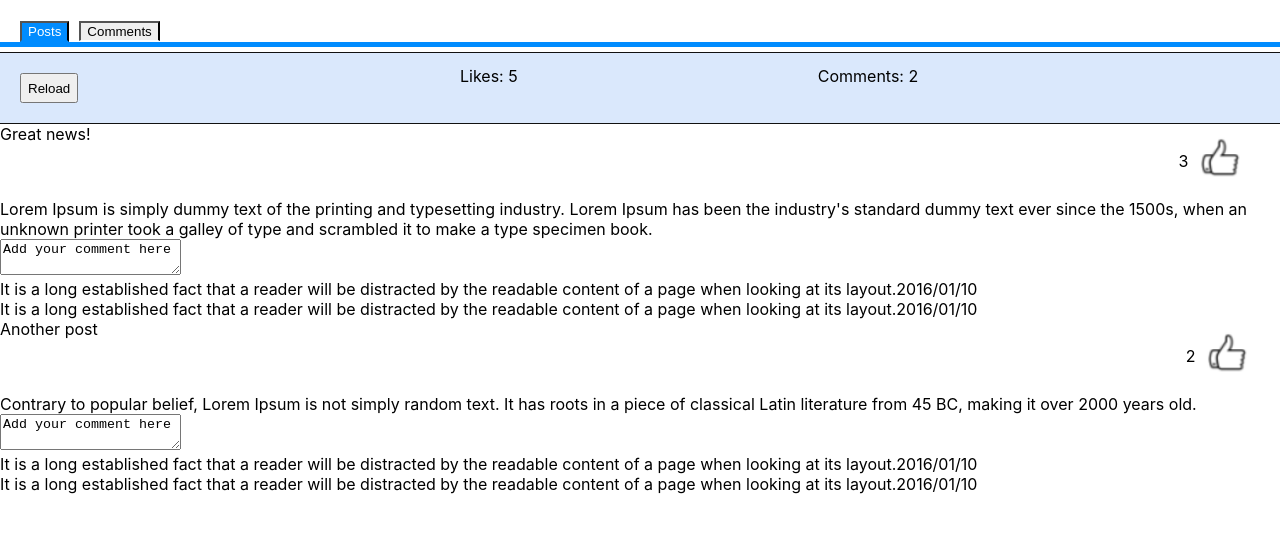
Repository: milosKomiRajkovic94/cleverbit-project
Page: /
These files come from the project's save history. The page is drawn as it stood at one moment and after the next save; the edit follows.
The browser window is 1280 px wide. The pictures show the whole page.
The project was rebuilt for these pictures with package versions that can differ from the ones it lists, and the page was loaded fresh each time. Also part of the build but not shown: src/utils/Loader.js.

Above is the page before, as saved 2020-10-13 20:42:04.

### src/index.js
import React from 'react';

import ReactDOM from 'react-dom';

import App from './App';

import * as serviceWorker from './serviceWorker';

import configureStore from "./store";

import { Provider } from "react-redux";

import { HashRouter as Router } from "react-router-dom";

import "./scss/index.scss";

const store = configureStore();

ReactDOM.render(
  <React.StrictMode>
    <Provider store={store} >
      <Router>
        <App />
      </Router>
    </Provider>
  </React.StrictMode>,
  document.getElementById('root')
);

// If you want your app to work offline and load faster, you can change
// unregister() to register() below. Note this comes with some pitfalls.
// Learn more about service workers: https://bit.ly/CRA-PWA
serviceWorker.unregister();

### src/App.js
import React, {useEffect, useState, lazy, Suspense} from 'react';

import { connect } from "react-redux";

import { bindActionCreators } from "redux";

import { loadCurrentPosts } from "./actions/postActions";

import {
  useHistory,
  Route,
  Switch,
  withRouter,
} from "react-router-dom";

import Header from "./components/HeaderComponents/Header";

import PostsContainer from "./components/PostsComponents/PostsContainer";

import { POSTS, COMMENTS, HOME } from "./constants/urls";

import Loader from "./utils/Loader";

const App = ({ currentPosts, currentPostsAreLoading, currentPostsFailedLoading, loadCurrentPostsAction }) => {

  const [initialLoadingDone, setInitialLoadingDone] = useState(false);
  const history = useHistory();

  useEffect(() => {
    if(!initialLoadingDone){
      loadCurrentPostsAction(true);
      setInitialLoadingDone(true);
    }
  }, [initialLoadingDone, loadCurrentPostsAction])

  function changeLocation(locationToGo) {
    history.push(locationToGo);
  }

  function waitingComponent(Component) {
    return (props) => (
      <Suspense
        fallback={<Loader classNameOfWrapper="centered" text={"Loading"} />}
      >
        <Component {...props} />
      </Suspense>
    );
  }

  return (
    <div className="App">
       <Header
        changeLocation={changeLocation}
       />
       <Switch>
        <Route exact path={HOME} component={PostsContainer} />
        <Route
          exact
          path={POSTS}
          component={waitingComponent(
            lazy(() =>
              import("./components/PostsComponents/PostsContainer")
            )
          )}
        />
        <Route
          exact
          path={COMMENTS}
          component={waitingComponent(
            lazy(() =>
              import("./components/CommentsComponents/CommentsContainer")
            )
          )}
        />
      </Switch>
    </div>
  );
}

const mapStateToProps = (state) => {
  return {
    currentPosts: state.postReducer.currentPosts,
    currentPostsAreLoading: state.postReducer.currentPostsAreLoading,
    currentPostsFailedLoading: state.postReducer.currentPostsFailedLoading,
  }
}

const mapDispatchToProps = (dispatch) => {
  return{
    loadCurrentPostsAction: bindActionCreators(loadCurrentPosts, dispatch)
  }
}

export default withRouter(connect(mapStateToProps, mapDispatchToProps) (App));

### src/store.js
import { createStore, applyMiddleware } from "redux";

import thunk from "redux-thunk";

import rootReducer from "./reducers";

export default function configureStore(){
    return createStore(
        rootReducer,
        applyMiddleware(thunk)
    )
}

### src/scss/index.scss
@import 'app';

@import 'header';

@import 'posts';

### src/actions/postActions.js
import { CURRENT_POSTS_LOADED_SUCCESSFULLY, CURRENT_POSTS_ARE_LOADING, CURRENT_POSTS_FAILED_LOADING, CURRENT_POSTS_LOADED_SUCCESSFULLY_AFTER_INITIAL_LOAD } from "./actionTypes";

import  fakeData from "../constants/fakeData";

export function currentPostsAreLoadingAction(currentPostsAreLoading){
    return{
        type: CURRENT_POSTS_ARE_LOADING,
        currentPostsAreLoading
    }
}

export function currentPostsFailedLoadingAction(currentPostsFailedLoading){
    return{
        type: CURRENT_POSTS_FAILED_LOADING,
        currentPostsFailedLoading
    }
}

export function currentPostsLoadedSuccessfullyAction(currentPosts){
    return{
        type: CURRENT_POSTS_LOADED_SUCCESSFULLY,
        currentPosts
    }
}

/* This is just an action for remaining the current state in order not to have restarted data, but instead updated current data after click on RELOAD BUTTON.
    Delete this action after implementation of API endpoint and use just currentPostsLoadedSuccessfullyAction in order to send current data from the endpoint.
*/
export function currentPostsLoadedSuccessfullyAfterInitialLoad(){
    return{
        type: CURRENT_POSTS_LOADED_SUCCESSFULLY_AFTER_INITIAL_LOAD,
    }
}


export function loadCurrentPosts(initialLoad){
    return(dispatch) => {
        dispatch(currentPostsAreLoadingAction(true));
        /* I will pass direct fake JSON data here and you can implement your actual API end point request here.
        setTimeout will be used as imitation that it takes some time for the request to reach endpoint. */
        setTimeout(function(){
            if(initialLoad){
                dispatch(currentPostsLoadedSuccessfullyAction(fakeData));
            }else {
                dispatch(currentPostsLoadedSuccessfullyAfterInitialLoad());
            }
        }, 1500)

    }
}

### src/components/HeaderComponents/Header.js
import React from "react";

import {
    POSTS,
    COMMENTS,
    HOME
} from "../../constants/urls";

import {
    withRouter,
    useLocation,
  } from "react-router-dom";

const Header = ({ changeLocation }) => {
    const location = useLocation();

    return(
        <div className="header">
            <button className={location.pathname === POSTS || location.pathname === HOME ? "selectedHeaderButton" : "ordinaryButton"} onClick={() => changeLocation(POSTS)}>
                Posts
            </button>
            <button className={location.pathname === COMMENTS ? "rightButton selectedHeaderButton" : "rightButton ordinaryButton"} onClick={() => changeLocation(COMMENTS)}>
                Comments
            </button>
        </div>
    )
}

export default withRouter(Header);

### src/components/PostsComponents/PostsContainer.js
import React from "react";

import { connect } from "react-redux";

import Post from "./Post";

const PostsContainer = ({
    currentNumberOfLikes,
    currentNumberOfComments,
    currentPosts
}) => {
    return(
        <div>
            <div className="postsHeader">
                <button className="reloadButton">
                    Reload
                </button>
                <div className="likesAndCommentsNumber">
                    <span className="likesNumber">
                        Likes: {currentNumberOfLikes}
                    </span>
                    <span className="commentsNumber">
                        Comments: {currentNumberOfComments}
                    </span>
                </div>
            </div>
            <div className="postsContainer">
                {currentPosts.map((singlePost) => {
                    return(
                        <Post
                            title={singlePost.title}
                            comments={singlePost.comments}
                            description={singlePost.description}
                            numberOfLikes={singlePost.numberOfLikes}
                        />
                    )
                })}
            </div>
        </div>
    )
}

const mapStateToProps = (state) => {
    return{
        currentNumberOfLikes: state.postReducer.currentNumberOfLikes,
        currentNumberOfComments: state.postReducer.currentNumberOfComments,
        currentPosts: state.postReducer.currentPosts,
    }
}

export default connect(mapStateToProps) (PostsContainer);

### src/constants/urls.js
export const POSTS = "/posts";
export const COMMENTS = "/comments";
export const HOME = "/";

### src/reducers/index.js
import { combineReducers } from "redux";

import { postReducer } from "./postsReducer";

export default combineReducers({
    postReducer
});

### src/scss/app.scss
body {
  margin: 0;
  font-family: -apple-system, BlinkMacSystemFont, 'Segoe UI', 'Roboto', 'Oxygen',
    'Ubuntu', 'Cantarell', 'Fira Sans', 'Droid Sans', 'Helvetica Neue',
    sans-serif;
  -webkit-font-smoothing: antialiased;
  -moz-osx-font-smoothing: grayscale;
}

code {
  font-family: source-code-pro, Menlo, Monaco, Consolas, 'Courier New',
    monospace;
}

.centered {
  position: fixed;
  top: 50%;
  left: 50%;
}

### src/scss/header.scss
.header {
  padding: 20px;
  border-bottom: 5px solid #008cff;
  padding-bottom: 0px;
}

.selectedHeaderButton,
.selectedHeaderButton:focus,
.selectedHeaderButton:active {
  background: #008cff;
  color: #fff;
  border-bottom: 2px solid #008cff;
  outline: none;
}

.ordinaryButton {
  border-bottom: 1px solid #fff;
}

.rightButton {
  margin-left: 10px;
}

### src/scss/posts.scss
.postsHeader {
  display: inline-flex;
  width: 100%;
  height: 70px;
  margin-top: 5px;
  border-top: 1px solid #111;
  border-bottom: 1px solid #111;
  background-color: #dae8fc;
}

.likesAndCommentsNumber span {
  padding: 150px;
}

.likesAndCommentsNumber {
  width: 100%;
  text-align: center;
  padding-top: 1%;
}

.reloadButton {
  margin: 20px;
}

.postHeader {
  display: inline-flex;
  width: 100%;
  height: 75px;
}

.postLikes {
  display: inline-flex;
  padding-left: 85%;
}

.concreteNumberOfLikes {
  padding-top: 35%;
}

### src/actions/actionTypes.js
export const CURRENT_POSTS_LOADED_SUCCESSFULLY = "CURRENT_POSTS_LOADED_SUCCESSFULLY";
export const CURRENT_POSTS_LOADED_SUCCESSFULLY_AFTER_INITIAL_LOAD = "CURRENT_POSTS_LOADED_SUCCESSFULLY_AFTER_INITIAL_LOAD";
export const CURRENT_POSTS_ARE_LOADING = "CURRENT_POSTS_ARE_LOADING";
export const CURRENT_POSTS_FAILED_LOADING = "CURRENT_POSTS_FAILED_LOADING";

### src/constants/fakeData.js
export default [
    {
        id: 1,
        title: "Great news!",
        description: "Lorem Ipsum is simply dummy text of the printing and typesetting industry. Lorem Ipsum has been the industry's standard dummy text ever since the 1500s, when an unknown printer took a galley of type and scrambled it to make a type specimen book.",
        comments: [
            {
                id: 1,
                text: "It is a long established fact that a reader will be distracted by the readable content of a page when looking at its layout.",
                date: "2016/01/10"
            },
            {
                id: 2,
                text: "It is a long established fact that a reader will be distracted by the readable content of a page when looking at its layout.",
                date: "2016/01/10"
            }
        ],
        numberOfLikes: 3
    },
    {
        id: 2,
        title: "Another post",
        description: "Contrary to popular belief, Lorem Ipsum is not simply random text. It has roots in a piece of classical Latin literature from 45 BC, making it over 2000 years old.",
        comments: [
            {
                id: 3,
                text: "It is a long established fact that a reader will be distracted by the readable content of a page when looking at its layout.",
                date: "2016/01/10"
            },
            {
                id: 2,
                text: "It is a long established fact that a reader will be distracted by the readable content of a page when looking at its layout.",
                date: "2016/01/10"
            }
        ],
        numberOfLikes: 2
    }
]

### src/components/PostsComponents/Post.js
import React from "react";

const Post = ({ title, description, comments, numberOfLikes }) => {
    return(
        <div className="singlePost">
            <div className="postHeader">
                <div className="postTitle">
                    {title}
                </div>
                <div className="postLikes">
                    <span className="concreteNumberOfLikes">
                        {numberOfLikes}
                    </span>
                    <img className="likeImage" src={require("./images/likeButtonImage.png")} alt="likeImage" />
                </div>
            </div>
            <div className="postDescription">
                {description}
            </div>
            <div className="postCommentSection">
                <textarea name="newComment">
                  Add your comment here
                </textarea>
            </div>
            {comments.map((comment) => {
                return(
                    <div className="singleComment">
                        <span className="singleCommentText">
                            {comment.text}
                        </span>
                        <span className="singleCommentDate">
                            {comment.date}
                        </span>
                    </div>
                )
            })}
        </div>
    )
}

export default Post;

### src/reducers/postsReducer.js
import { CURRENT_POSTS_LOADED_SUCCESSFULLY, CURRENT_POSTS_ARE_LOADING, CURRENT_POSTS_FAILED_LOADING, CURRENT_POSTS_LOADED_SUCCESSFULLY_AFTER_INITIAL_LOAD } from "../actions/actionTypes";

import initialState from "../initialState";


export function postReducer(
    state = initialState.postsReducerState,
    action
) {
    switch(action.type){
        case CURRENT_POSTS_LOADED_SUCCESSFULLY: {
            return{
                ...state,
                currentPosts: action.currentPosts,
                currentPostsAreLoading: false,
                currentPostsFailedLoading: false,
            };
        }

        //When using the real API endpoint just remove this case
        case CURRENT_POSTS_LOADED_SUCCESSFULLY_AFTER_INITIAL_LOAD: {
            return{
                ...state,
                currentPosts: state.currentPosts,
                currentPostsAreLoading: false,
                currentPostsFailedLoading: false,
            };
        }

        case CURRENT_POSTS_ARE_LOADING: {
            return{
                ...state,
                //When using the real API endpoint just replace this with empty array []
                currentPosts: state.currentPosts,
                currentPostsAreLoading: action.currentPostsAreLoading,
                currentPostsFailedLoading: false,
            };
        }

        case CURRENT_POSTS_FAILED_LOADING: {
            return {
                ...state,
                //When using the real API endpoint just replace this with empty array []
                currentPosts: state.currentPosts,
                currentPostsAreLoading: false,
                currentPostsFailedLoading: action.currentPostsFailedLoading,
            }
        }

        default: {
            return state;
        }
    }
}

### src/initialState.js
export default {
    postsReducerState: {
        currentPosts: [],
        currentNumberOfLikes: 5,
        currentNumberOfComments: 2,
        currentPostsAreLoading: false,
        currentPostsFailedLoading: false,
    }
}

Loaded but not shown: public/index.html (common file); src/serviceWorker.js (common file)

After the next save:
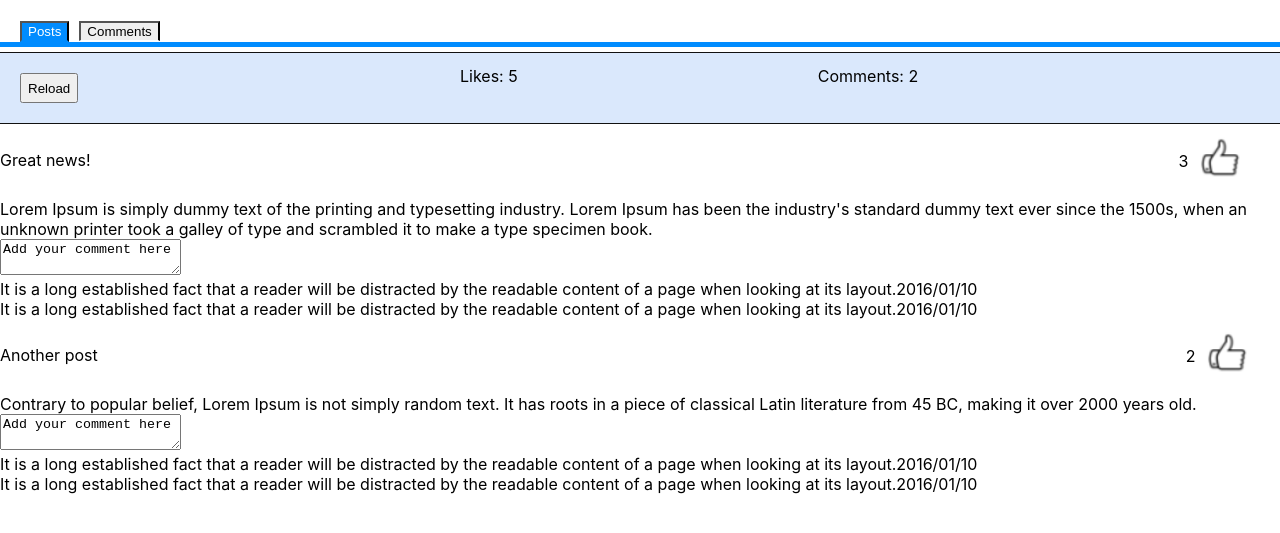
Saved 45 s later.
--- a/src/scss/posts.scss
+++ b/src/scss/posts.scss
@@ -36,3 +36,7 @@
 .concreteNumberOfLikes {
   padding-top: 35%;
 }
+
+.postTitle {
+  padding-top: 2%;
+}
